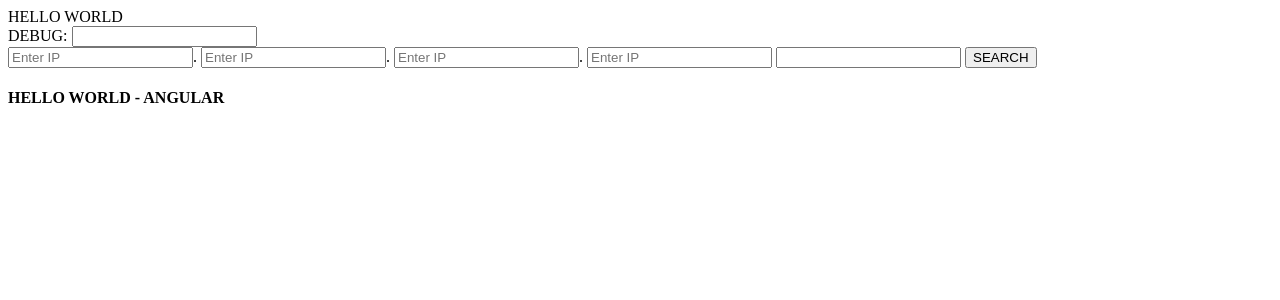
Repository: amp89/FindIP
Page: http://localhost/FindIp/views/search.jsp
The author's editor kept a copy of each file at every save. The page is drawn from the files as they stood at one save, then again after the next save.
The browser window is 1280 px wide. The pictures show the whole page.
The page is served by Tomcat 9.

Above is the page before, as saved 2016-07-18 23:12:27.

After the next save:
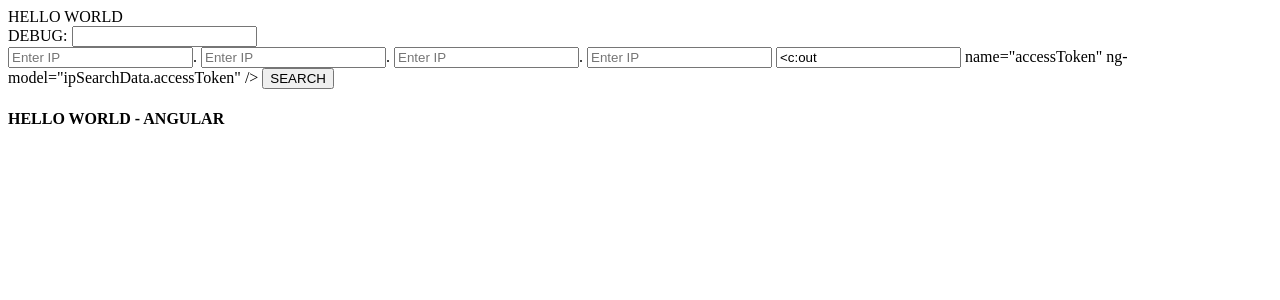
Saved 100 s later.
--- a/FindIp/FindIp/WebContent/views/search.jsp
+++ b/FindIp/FindIp/WebContent/views/search.jsp
@@ -22,7 +22,7 @@
 		<input type="text" placeholder="Enter IP" name="second"  ng-model="ipSearchData.second" />.
 		<input type="text" placeholder="Enter IP" name="third"  ng-model="ipSearchData.third" />.
 		<input type="text" placeholder="Enter IP" name="fourth"  ng-model="ipSearchData.fourth" />
-		<input type="text" value=${accessToken} name="accessToken"  ng-model="ipSearchData.accessToken" />
+		<input type="text" value=<c:out value="${accessToken}"> name="accessToken"  ng-model="ipSearchData.accessToken" />
 		${accessToken}
 		<button type="submit">SEARCH</button>
 	</form>
